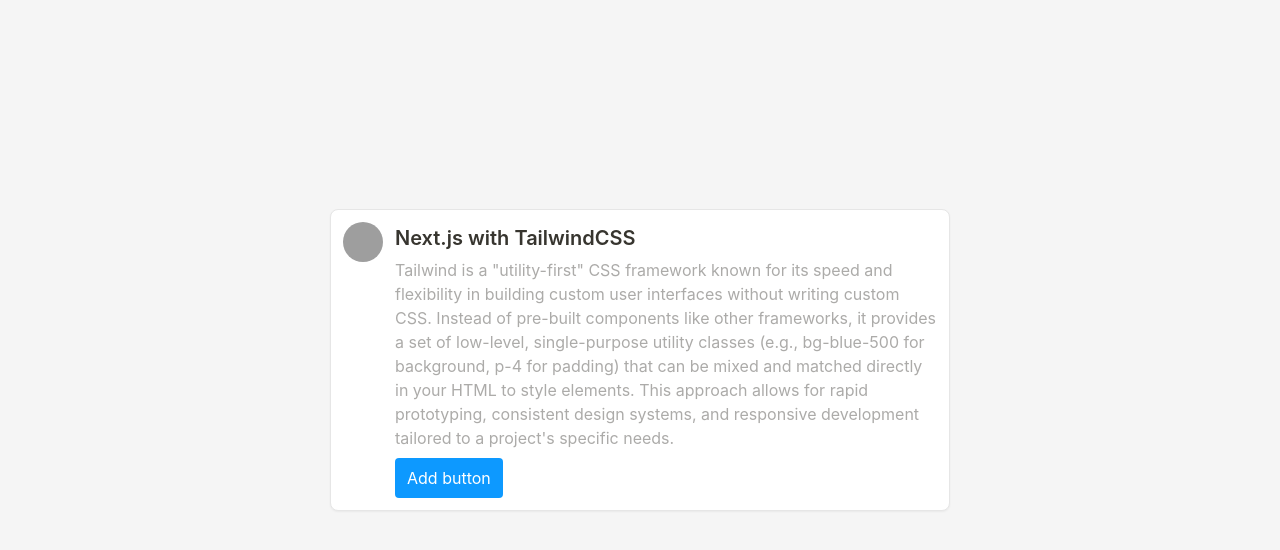
Repository: vignesh33654/resizablesidebar
Page: /
An editor plug-in stored every save of this project. The page is shown before and after the next save, followed by the edit.
The browser window is 1280 px wide. The pictures show the whole page.
The project was rebuilt for these pictures with package versions that can differ from the ones it lists, and the page was loaded fresh each time.

Above is the page before, as saved 2025-11-11 09:53:06.

After the next save:
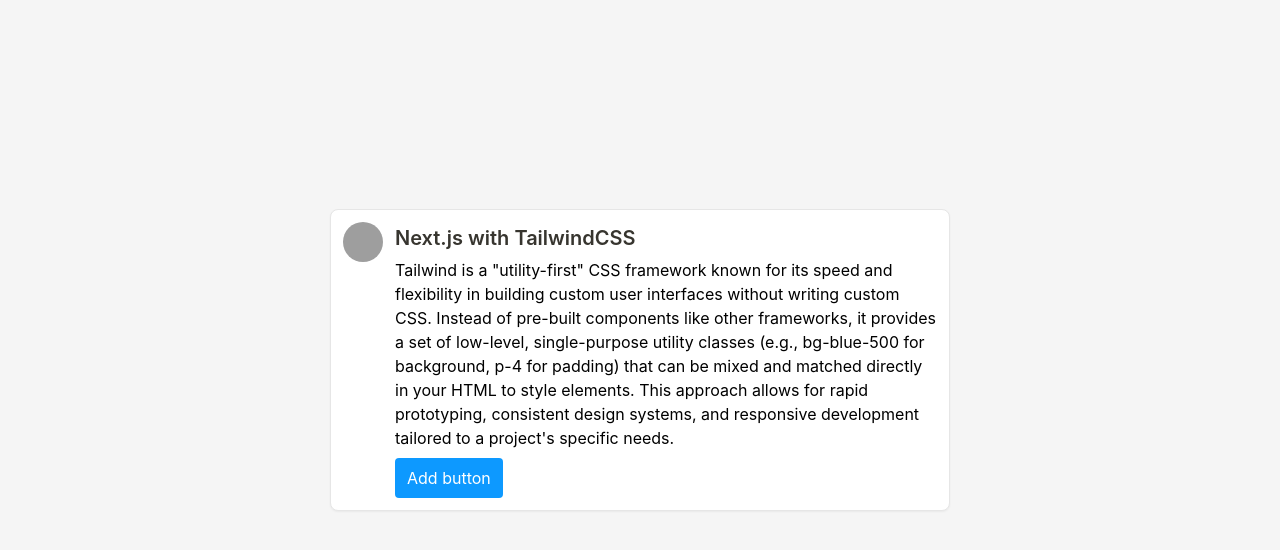
Saved 95 s later.
--- a/src/App.tsx
+++ b/src/App.tsx
@@ -19,7 +19,7 @@
             Next.js with TailwindCSS
           </h3>
 
-          <p className="text-text-Tertiary text-font-size-body-14 leading-line-height-body">
+          <p>
             Tailwind is a "utility-first" CSS framework known for its speed and flexibility in building custom user interfaces without writing custom CSS. Instead of pre-built components like other frameworks, it provides a set of low-level, single-purpose utility classes (e.g., bg-blue-500 for background, p-4 for padding) that can be mixed and matched directly in your HTML to style elements. This approach allows for rapid prototyping, consistent design systems, and responsive development tailored to a project's specific needs.
           </p>
 

After the save that followed:
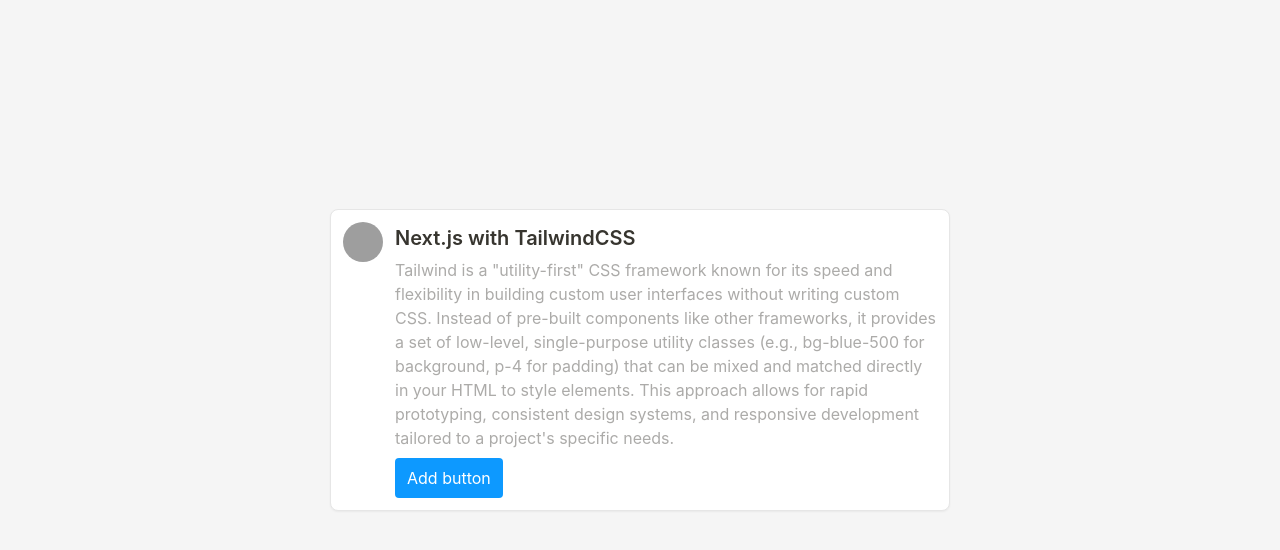
Saved 6 s later.
--- a/src/App.tsx
+++ b/src/App.tsx
@@ -19,7 +19,7 @@
             Next.js with TailwindCSS
           </h3>
 
-          <p>
+          <p className="text-text-Tertiary text-font-size-body-14 leading-line-height-body">
             Tailwind is a "utility-first" CSS framework known for its speed and flexibility in building custom user interfaces without writing custom CSS. Instead of pre-built components like other frameworks, it provides a set of low-level, single-purpose utility classes (e.g., bg-blue-500 for background, p-4 for padding) that can be mixed and matched directly in your HTML to style elements. This approach allows for rapid prototyping, consistent design systems, and responsive development tailored to a project's specific needs.
           </p>
 
